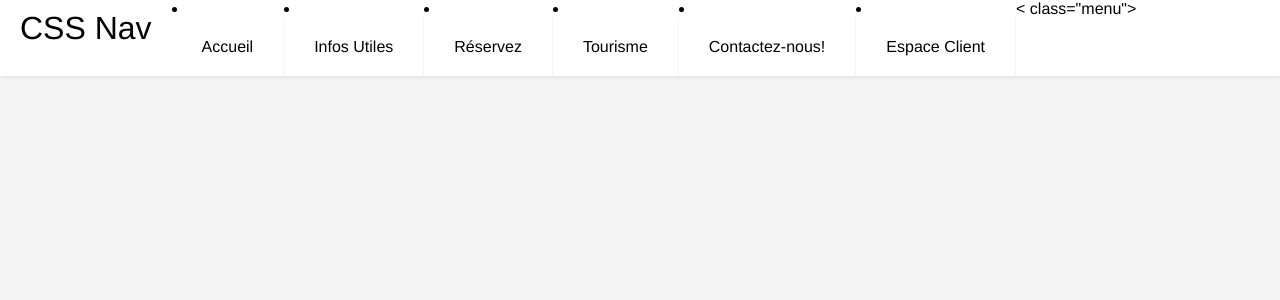
Repository: Michelhof1978/hamburger
Page: index.html
The author's editor kept a copy of each file at every save. The page is drawn from the files as they stood at one save, then again after a run of saves.
The browser window is 1280 px wide. The pictures show the whole page.

Above is the page before, as saved 2022-11-07 19:19:50.
Not found: script.js

### index.html

  <!doctype html>
<html lang="fr">
<head>
  <meta charset="utf-8">
  <title>Titre de la page</title>
  <link rel="stylesheet" href="style.css">
  <script src="script.js"></script>
</head>
<body>
    <header class="header">
        <a href="" class="logo">CSS Nav</a>
        <input class="menu-btn" type="checkbox" id="menu-btn" />
        <label class="menu-icon" for="menu-btn"><span class="navicon"></span></label>
        < class="menu">

                <li><a href="index.html">Accueil</a></li>
                <li><a href="infos.html">Infos Utiles</a></li>
                <li><a href="reservation.html">Réservez </a></li>
                <li><a href="tourisme.html">Tourisme</a></li>
                <li><a href="contact.html">Contactez-nous!</a></li>
                <li><a href="espaceclient.html">Espace Client</a></li>
            </ul>

      </header>
</body>
</html>

### style.css
body {
    margin: 0;
    font-family: Helvetica, sans-serif;
    background-color: #f4f4f4;
  }

  a {
    color: #000;
  }

  /* header */

  .header {
    background-color: #fff;
    box-shadow: 1px 1px 4px 0 rgba(0,0,0,.1);
    position: fixed;
    width: 100%;
    z-index: 3;
  }

  .header ul {
    margin: 0;
    padding: 0;
    list-style: none;
    overflow: hidden;
    background-color: #fff;
  }

  .header li a {
    display: block;
    padding: 20px 20px;
    border-right: 1px solid #f4f4f4;
    text-decoration: none;
  }

  .header li a:hover,
  .header .menu-btn:hover {
    background-color: #f4f4f4;
  }

  .header .logo {
    display: block;
    float: left;
    font-size: 2em;
    padding: 10px 20px;
    text-decoration: none;
  }

  /* menu */

  .header .menu {
    clear: both;
    max-height: 0;
    transition: max-height .2s ease-out;
  }

  /* menu icon */

  .header .menu-icon {
    cursor: pointer;
    display: inline-block;
    float: right;
    padding: 28px 20px;
    position: relative;
    user-select: none;
  }

  .header .menu-icon .navicon {
    background: #333;
    display: block;
    height: 2px;
    position: relative;
    transition: background .2s ease-out;
    width: 18px;
  }

  .header .menu-icon .navicon:before,
  .header .menu-icon .navicon:after {
    background: #333;
    content: '';
    display: block;
    height: 100%;
    position: absolute;
    transition: all .2s ease-out;
    width: 100%;
  }

  .header .menu-icon .navicon:before {
    top: 5px;
  }

  .header .menu-icon .navicon:after {
    top: -5px;
  }

  /* menu btn */

  .header .menu-btn {
    display: none;
  }

  .header .menu-btn:checked ~ .menu {
    max-height: 240px;
  }

  .header .menu-btn:checked ~ .menu-icon .navicon {
    background: transparent;
  }

  .header .menu-btn:checked ~ .menu-icon .navicon:before {
    transform: rotate(-45deg);
  }

  .header .menu-btn:checked ~ .menu-icon .navicon:after {
    transform: rotate(45deg);
  }

  .header .menu-btn:checked ~ .menu-icon:not(.steps) .navicon:before,
  .header .menu-btn:checked ~ .menu-icon:not(.steps) .navicon:after {
    top: 0;
  }

  /* 48em = 768px */

  @media (min-width: 48em) {
    .header li {
      float: left;
    }
    .header li a {
      padding: 20px 30px;
    }
    .header .menu {
      clear: none;
      float: right;
      max-height: none;
    }
    .header .menu-icon {
      display: none;
    }
  }

After the next 3 saves:
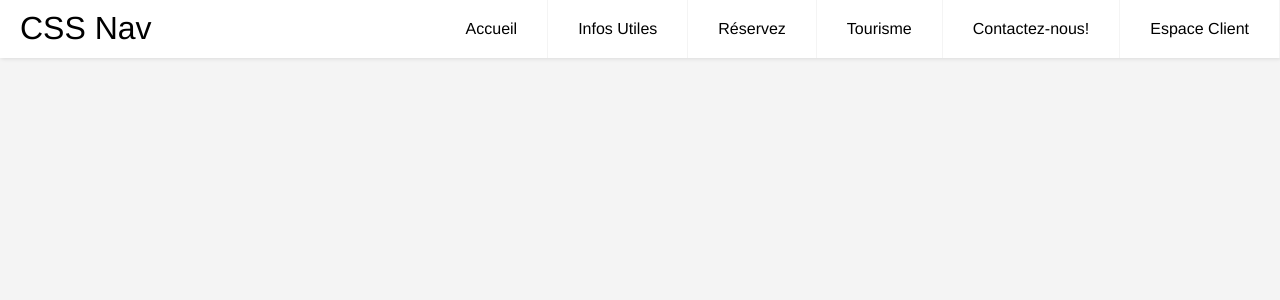
The 3 saves are shown as one change because they came seconds apart.
The last was saved 12 s later.
--- a/index.html
+++ b/index.html
@@ -12,8 +12,8 @@
         <a href="" class="logo">CSS Nav</a>
         <input class="menu-btn" type="checkbox" id="menu-btn" />
         <label class="menu-icon" for="menu-btn"><span class="navicon"></span></label>
-        < class="menu">
-
+        <ul class="menu">
+            <ul>
                 <li><a href="index.html">Accueil</a></li>
                 <li><a href="infos.html">Infos Utiles</a></li>
                 <li><a href="reservation.html">Réservez </a></li>
@@ -21,7 +21,7 @@
                 <li><a href="contact.html">Contactez-nous!</a></li>
                 <li><a href="espaceclient.html">Espace Client</a></li>
             </ul>
-
+        </ul>
       </header>
 </body>
 </html>
